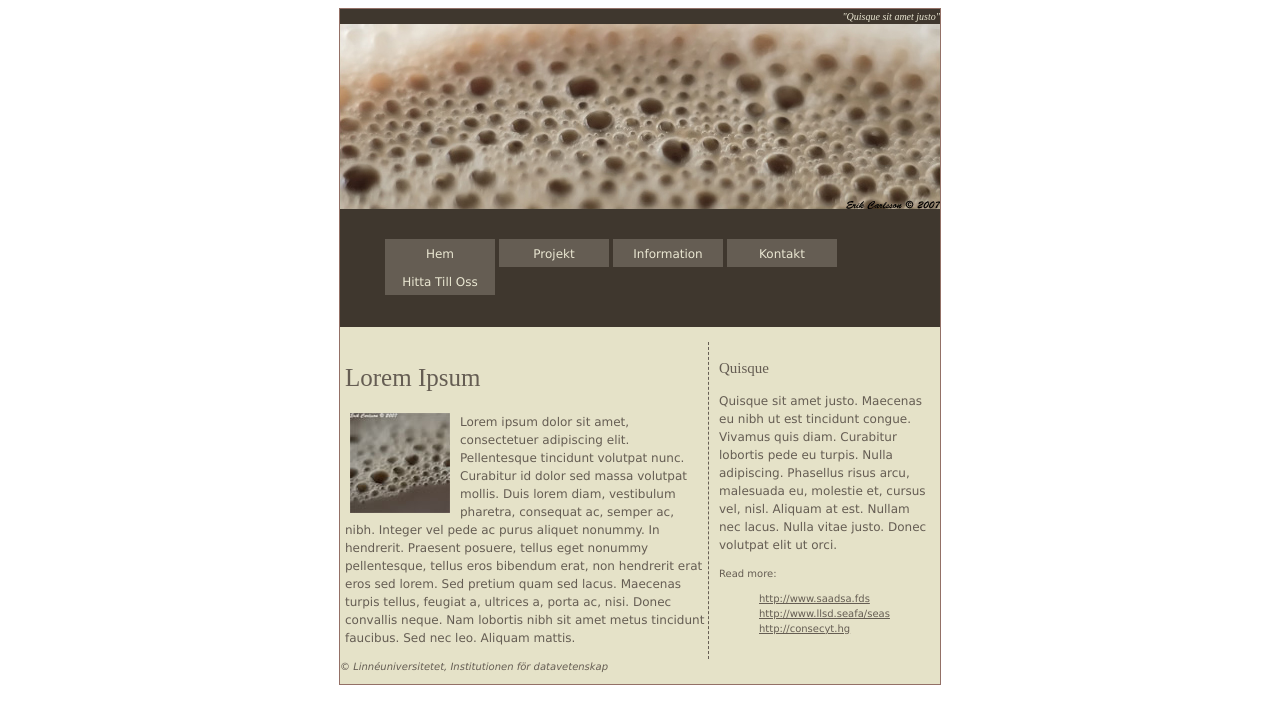
Repository: mh223ja/1ik415-js223mi-Uppgift-3-3
Page: index.html
The author's editor kept a record of every edit. The page is drawn from the files as they stood at one moment, then again after the next edit.
The browser window is 1280 px wide. The pictures show the whole page.

Above is the page before.

### index.html
<!doctype html>
<html lang="sv">

<head>
	<meta charset="utf-8" />
	<title>Lorem Ipsum</title>

	<link rel="stylesheet" href="css/basic.css" />
</head>

<body>

	<div id="container">
		<div id="topbar">
			"Quisque sit amet justo"
		</div>

		<div id="menu">

			<a href="#maincontent">Skip navigation</a>

			<ul>
				<li class="active"><a href="#">hem</a></li>
				<li><a href="#">projekt</a></li>
				<li><a href="#">information</a></li>
				<li><a href="#">kontakt</a></li>
				<li><a href="#">hitta till oss</a></li>
			</ul>
		</div>
		<div id="content">
			<div id="maincontent">
				<h1>Lorem Ipsum</h1>

				<img src="pics/info.jpg" alt="Bubblande kaffe" />
				<p>Lorem ipsum dolor sit amet, consectetuer adipiscing elit. Pellentesque tincidunt volutpat nunc. Curabitur id dolor sed massa volutpat mollis. Duis lorem diam, vestibulum pharetra, consequat ac, semper ac, nibh. Integer vel pede ac purus aliquet nonummy. In hendrerit. Praesent posuere, tellus eget nonummy pellentesque, tellus eros bibendum erat, non hendrerit erat eros sed lorem. Sed pretium quam sed lacus. Maecenas turpis tellus, feugiat a, ultrices a, porta ac, nisi. Donec convallis neque. Nam lobortis nibh sit amet metus tincidunt faucibus. Sed nec leo. Aliquam mattis.</p>
			</div>

			<div id="subcontent">

				<h1>Quisque</h1>
				<p>Quisque sit amet justo. Maecenas eu nibh ut est tincidunt congue. Vivamus quis diam. Curabitur lobortis pede eu turpis. Nulla adipiscing. Phasellus risus arcu, malesuada eu, molestie et, cursus vel, nisl. Aliquam at est. Nullam nec lacus. Nulla vitae justo. Donec volutpat elit ut orci.</p>

				<h2>Read more:</h2>
					<ul>
						<li><a href="#">http://www.saadsa.fds</a></li>
						<li><a href="#">http://www.llsd.seafa/seas</a></li>
						<li><a href="#">http://consecyt.hg</a></li>
					</ul>

			</div>
			<div id="bottomcontent">&copy; Linnéuniversitetet, Institutionen för datavetenskap</div>
		</div>
	</div>
</body>
</html>

### css/basic.css
/* Denna fil får du editera för att lösa uppgiften. Du får INTE ändra i html-filen. */



#container{
	width: 600px;
	margin: auto;
	border: 1px;
	border-style: solid;
	border-color: #937066;
	background-image: url('pics/coffey.jpg');
	background-repeat: no-repeat;
	background-color: #3F372E;


}
#topbar{
	background-color: #3F372E;
	text-align: right;
	color: #eae7d2;
	font-size: 10px;
	padding: 2px 0;
	font-style: italic;
	width: 600px;
	height: auto;
	font: Verdana;


}

#content{
	background-color: #E5E2C8;
	padding-top: 15px;
	font-family: Verdana, Times New Roman;
	font-size: 12px;
	color: #655D53;
	line-height: 1.5;
	overflow: auto;
	margin-top: 2.7%;
}

#maincontent{
	width: 60%;
	padding-right: 0.5%;
	border-right: dashed 1px;
	float: left;
	background-color: #E5E2C8;
	margin-left: 0;
	padding-left: 5px;
}

#maincontent h1
{
	font-size: 25px;
	font-weight: normal;
	font-family: Times New Roman;
}

#subcontent{
	width: 35%;
           padding-top: 5px;
           margin-right:0;
           float: left;
           background-color: #E5E2C8;
           font-size: 10px;
           padding-left: 5px;
           margin-left: 5px;
}

#bottomcontent{
	font-style : italic;
	width: 600px;
	margin-bottom: 10px;
	font-size: 10px;
	float: left;
}
#maincontent img {
	float: left;
	margin-right: 5px;
	padding: 0px 5px;
}
#subcontent ul {
	list-style: none;


}
#subcontent h1 {
	font-size: 15px;
	color: #655D53;
	font-family: Times New Roman;
	font-weight: Normal;
}

#subcontent h2 {
	font-size: 10px;
	font-weight: normal;
	font-family: verdana;
}
#subcontent p {
	font-size: 12px;
}
#subcontent a {
	color: #655D53;
}
#subcontent a:visited{
	color: #5655D53;
}


#menu ul  {
	display: inline-block;
	color: white;
	margin-left: 5px;
	margin-top: 215px;
}
#menu li {
	display: inline-block;
	background-color: #655D53;
}
#menu a {
	color: #eae7d2;
	text-transform:  capitalize;
	text-decoration: none;
	font-size: 12px;
	font-family: Verdana;
	display: none;
}
#menu li:hover{
	background-color: #9c9084;
}
#menu li a {
	display: inline;
}

#menu ul li {
	text-align: center;
	display: inline-block;
	width: 100px;
	padding: 5px
}
.active{
	background-color: #E5E2C8;

}
.active a{
	color: #9e8076;

}

After the next edit:
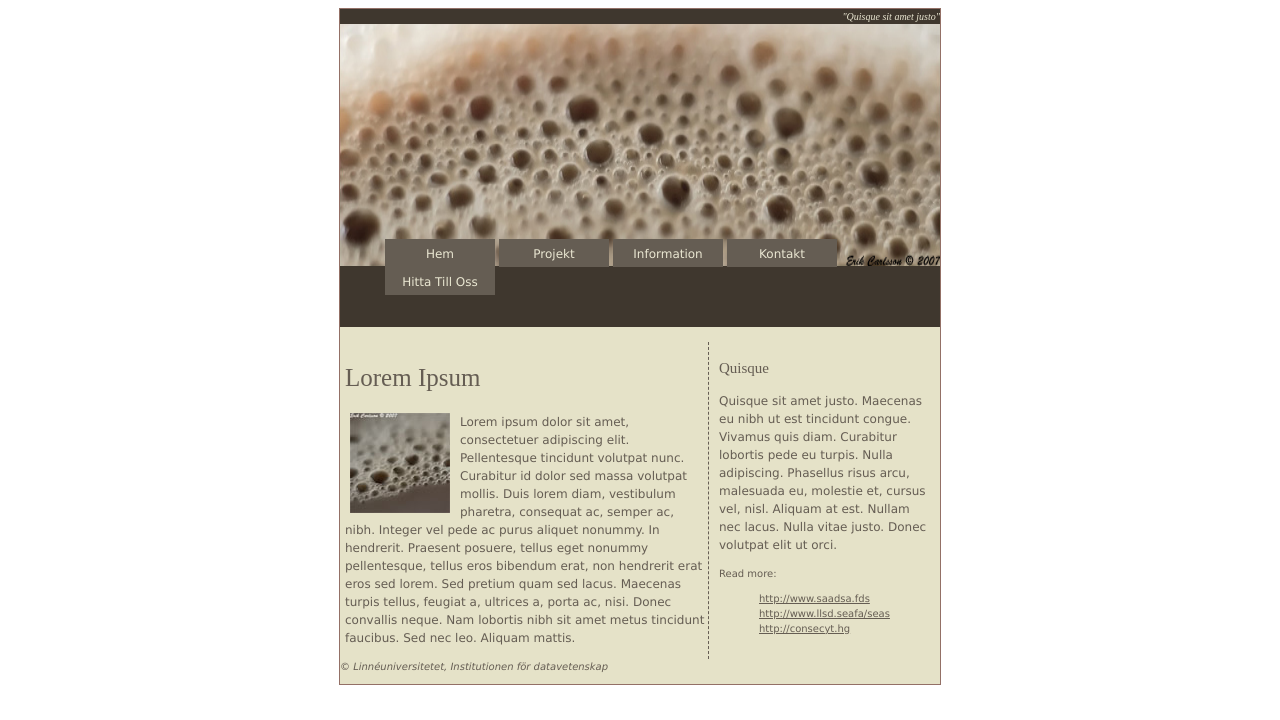
The edit:
--- a/css/basic.css
+++ b/css/basic.css
@@ -11,6 +11,7 @@
 	background-image: url('pics/coffey.jpg');
 	background-repeat: no-repeat;
 	background-color: #3F372E;
+	background-size: 100% 38%;
 
 
 }
